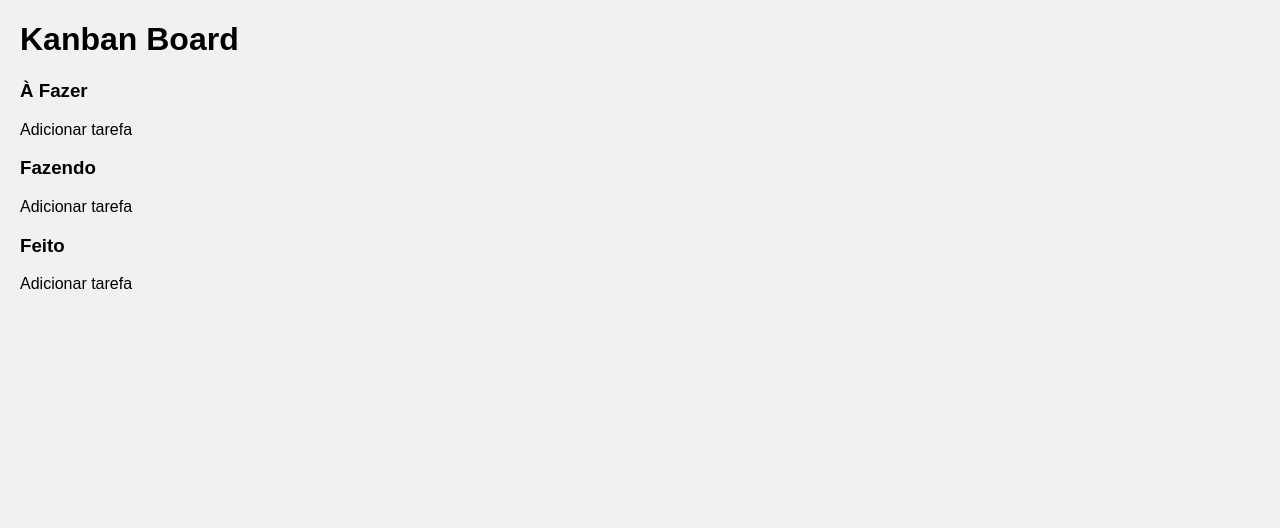
Repository: douglasabnovato/byteclass
Page: trello-mini-kanban/index.html
These files come from the project's save history. The page is drawn as it stood at one moment and after the next save; the edit follows.
The browser window is 1280 px wide. The pictures show the whole page.

Above is the page before, as saved 2025-07-31 19:43:45.

### trello-mini-kanban/index.html
<!DOCTYPE html>
<html>
  <head>
    <meta charset="UTF-8" />
    <meta http-equiv="X-UA-Compatible" content="IE=edge" />
    <meta name="viewport" content="width=device-width, initial-scale=1.0" />
    <link
      rel="stylesheet"
      href="https://cdnjs.cloudflare.com/ajax/libs/font-awesome/4.7.0/css/font-awesome.min.css"
    />
    <title>Trello Mini Kanban</title>
    <link rel="stylesheet" href="./style.css" />
  </head>

  <body>
    <div class="container content" id="home" style="padding-left: 20px">
      <header>
        <h1>Kanban Board</h1>
      </header>
      <main>
        <div class="board">
          <h3 class="title">À Fazer</h3>
          <ul
            id="a-fazer"
            class="todo-list"
            ondrop="drop(event, this.id)"
            ondragover="over(event)"
          ></ul>
          <div class="add-card" onclick="addCard(this)">
            <p>Adicionar tarefa</p>
          </div>
        </div>
        <div class="board">
          <h3 class="title">Fazendo</h3>
          <ul
            id="fazendo"
            class="todo-list"
            ondrop="drop(event, this.id)"
            ondragover="over(event)"
          ></ul>
          <div class="add-card" onclick="addCard(this)">
            <p>Adicionar tarefa</p>
          </div>
        </div>
        <div class="board">
          <h3 class="title">Feito</h3>
          <ul
            id="feito"
            class="todo-list"
            ondrop="drop(event, this.id)"
            ondragover="over(event)"
          ></ul>
          <div class="add-card" onclick="addCard(this)">
            <p>Adicionar tarefa</p>
          </div>
        </div>
      </main>
    </div>

    <script src="./script.js"></script>
  </body>
</html>

### trello-mini-kanban/style.css

    * {
      box-sizing: border-box;
    }

    body {
      margin: 0;
      font-family: Arial, Helvetica, sans-serif;
      background-color: #f1f1f1;
    }

Loaded but not shown: trello-mini-kanban/script.js (no stored copy; drawn as an empty file)

After the next save:
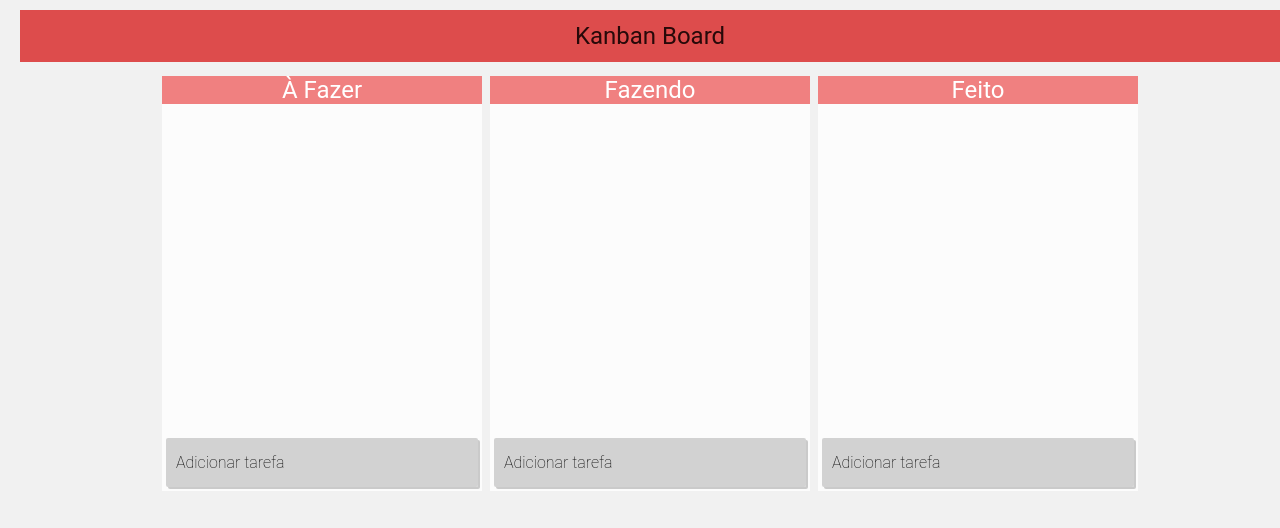
Saved 17 s later.
--- a/trello-mini-kanban/style.css
+++ b/trello-mini-kanban/style.css
@@ -8,3 +8,114 @@
       font-family: Arial, Helvetica, sans-serif;
       background-color: #f1f1f1;
     }
+
+    @import url('https://fonts.googleapis.com/css2?family=Roboto:wght@100;300;400;500&display=swap');
+
+* {
+    margin: 0;
+}
+
+body{
+    background-color: #f1f1f1;
+    font-family: "Roboto", sans-serif;
+}
+
+header{
+    margin-top: 10px;
+}
+
+header h1{
+    background-color: rgb(221, 76, 76);
+    color: rgb(39, 9, 9);
+    margin: 0;
+    text-align: center;
+    font-size: 24px;
+    font-weight: 400;
+    padding: 12px;
+}
+
+main{
+    display: flex;
+    flex-wrap: wrap;
+    justify-content: center;
+    margin-top: 10px;
+}
+
+.board{
+    background-color: rgba(255,255,255,0.8);
+    width: 320px;
+    margin: 4px;
+    display: flex;
+    flex-direction: column;
+}
+
+.board .title{
+    background-color: lightcoral;
+    color: white;
+    margin: 0;
+    text-align: center;
+    font-size: 24px;
+    font-weight: 400;
+}
+
+.board ul{
+    list-style-type: none;
+    min-height: 330px;
+    padding: 2px;
+    display: flex;
+    flex-wrap: wrap;
+    align-content: flex-start;
+}
+
+.board li{
+    background-color: white;
+    box-shadow: 2px 2px rgba(0, 0, 0, 0.2);
+    border-radius: 4px;
+    min-width: 100px;
+    height: 40px;
+    display: flex;
+    justify-content: space-between;
+    margin: 4px 10px;
+    padding: 8px;
+    display: flex;
+    align-items: center;
+}
+
+.board li:hover{
+    cursor: move;
+    background-color: rgba(200,200,200,0.5);
+    box-shadow: 2px 2px rgba(0, 0, 0, 0.4);
+}
+
+.board .todo-list .remove{
+    width: 16px;
+    height: 16px;
+    border-radius: 50%;
+    text-align: center;
+    font-size: 12px;
+    color: #c3c3c3;
+}
+
+.board .todo-list .remove:hover{
+    cursor: pointer;
+    background-color: lightcoral;
+}
+
+.board .add-card{
+    background-color: rgba(200,200,200,0.8);
+    border-radius: 2px;
+    box-shadow: 2px 2px rgba(0, 0, 0, 0.2);
+    margin: 4px 4px;
+}
+
+.board .add-card:hover{
+    background-color: rgba(192, 182, 182, 0.95);
+    cursor: pointer;
+    box-shadow: 2px 2px rgba(0, 0, 0, 0.4);
+}
+
+.board .add-card p{
+    font-size: 16px;
+    padding: 15px 10px;
+    font-weight: 100;
+}
